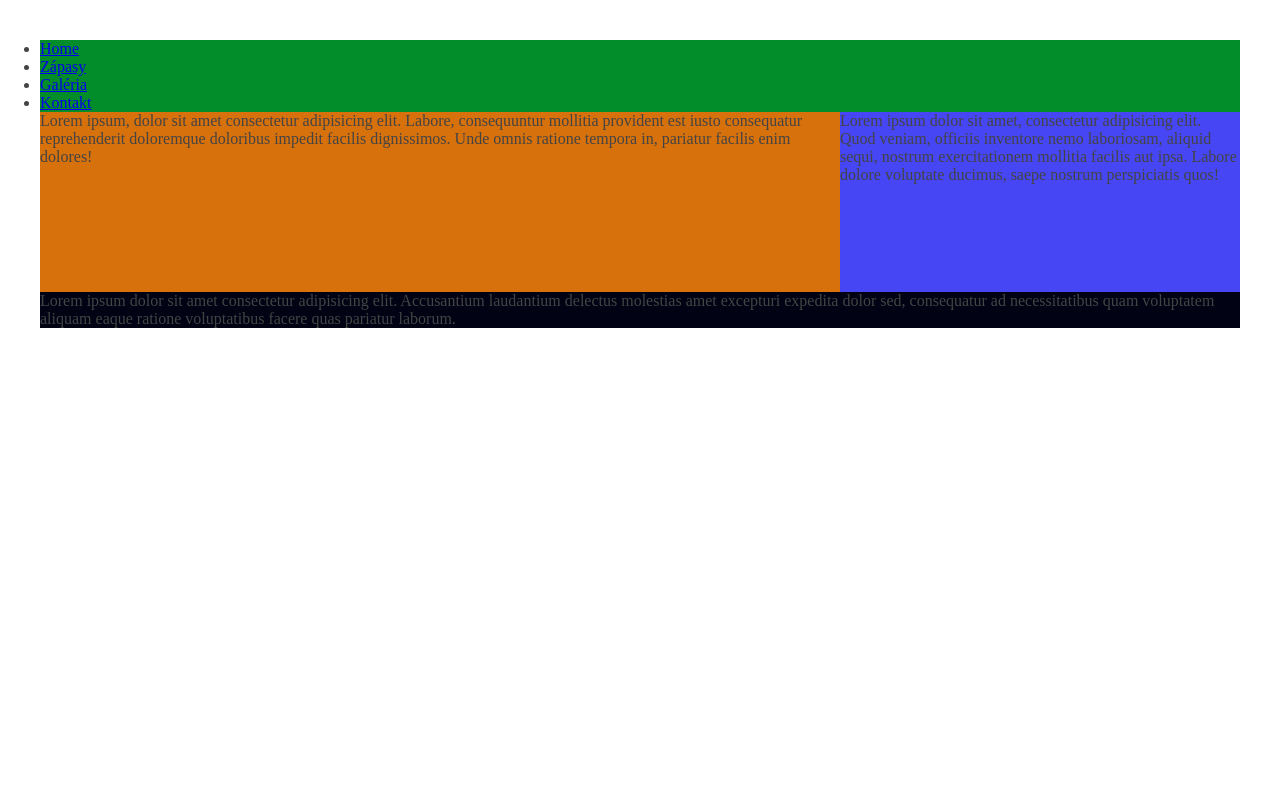
Repository: Badynko/tennis-website
Page: index.html
The author's editor kept a copy of each file at every save. The page is drawn from the files as they stood at one save, then again after the next save.
The browser window is 1280 px wide. The pictures show the whole page.

Above is the page before, as saved 2024-07-31 20:49:39.

### index.html
<!DOCTYPE html>
<html lang="en">
  <head>
    <meta charset="UTF-8" />
    <meta name="viewport" content="width=device-width, initial-scale=1.0" />
    <title>Výsledky zápasov 2024</title>
    <link rel="stylesheet" href="css/style.css" />
    <body>
      <div class="container">
        <header class="header">
          <nav>
            <ul class="menu">
              <li class="menu-item"><a href="#">Home</a></li>
              <li class="menu-item"><a href="#">Zápasy</a></li>
              <li class="menu-item"><a href="#">Galéria</a></li>
              <li class="menu-item"><a href="#">Kontakt</a></li>
            </ul>
          </nav>
        </header>
        <main class="main">
          Lorem ipsum, dolor sit amet consectetur adipisicing elit. Labore,
          consequuntur mollitia provident est iusto consequatur reprehenderit
          doloremque doloribus impedit facilis dignissimos. Unde omnis ratione
          tempora in, pariatur facilis enim dolores!
        </main>
        <aside class="aside">
          Lorem ipsum dolor sit amet, consectetur adipisicing elit. Quod veniam,
          officiis inventore nemo laboriosam, aliquid sequi, nostrum
          exercitationem mollitia facilis aut ipsa. Labore dolore voluptate
          ducimus, saepe nostrum perspiciatis quos!
        </aside>
        <footer class="footer">
          Lorem ipsum dolor sit amet consectetur adipisicing elit. Accusantium
          laudantium delectus molestias amet excepturi expedita dolor sed,
          consequatur ad necessitatibus quam voluptatem aliquam eaque ratione
          voluptatibus facere quas pariatur laborum.
        </footer>
      </div>
    </body>
  </head>
  <body></body>
</html>

### css/style.css
* {
  margin: 0;
  padding: 0;
  box-sizing: border-box;
}

body {
  margin: 40px;
  height: 100vh;
}

.container {
  display: grid;
  grid-gap: 0;
  grid-template-columns: 2fr 1fr;
  grid-template-rows: 2fr 5fr 1fr;
  background-color: #fff;
  color: #444;

  align-content: stretch;
}

.header {
  grid-column: 1 / 3;
  background-color: #038c2a;
}

.main {
  grid-column: 1 / 2;
  background-color: #d7710c;
}

.aside {
  grid-column: 2 / 3;
  background-color: #4646f4;
}

.footer {
  grid-column: 1 / 3;
  background-color: #010314;
}

After the next save:
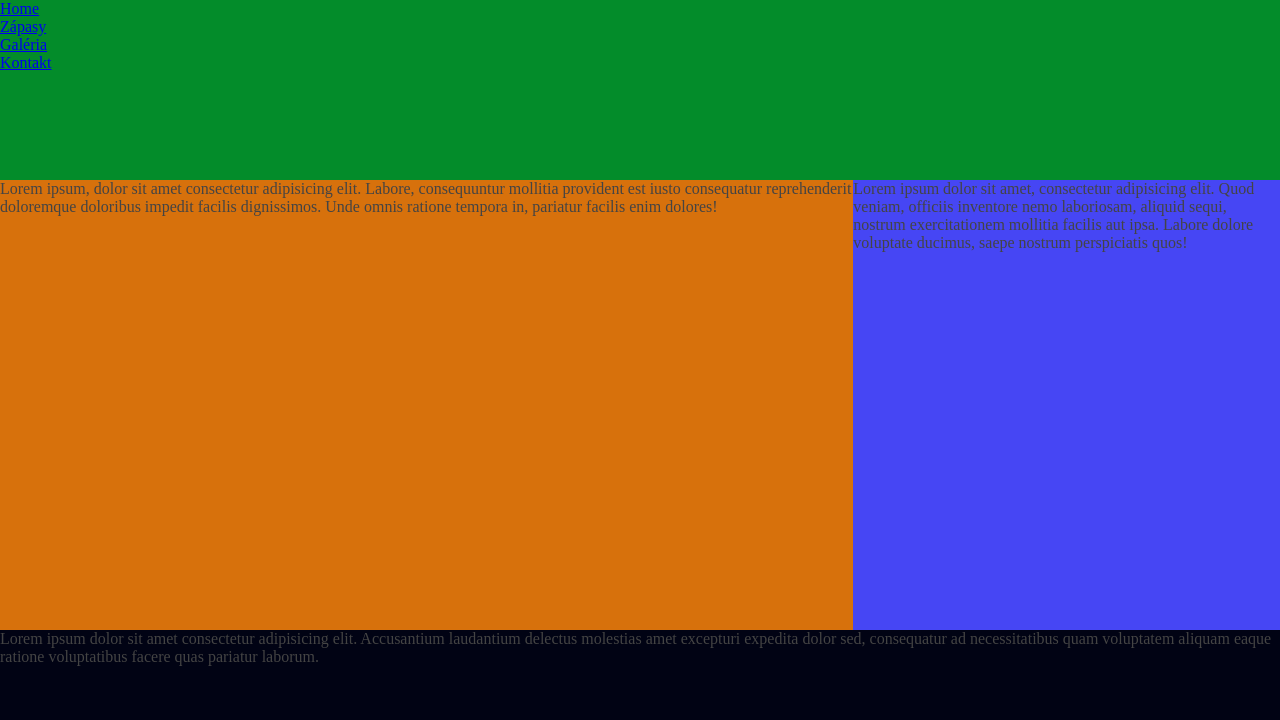
Saved 22 s later.
--- a/css/style.css
+++ b/css/style.css
@@ -5,11 +5,11 @@
 }
 
 body {
-  margin: 40px;
   height: 100vh;
 }
 
 .container {
+  height: 100%;
   display: grid;
   grid-gap: 0;
   grid-template-columns: 2fr 1fr;
